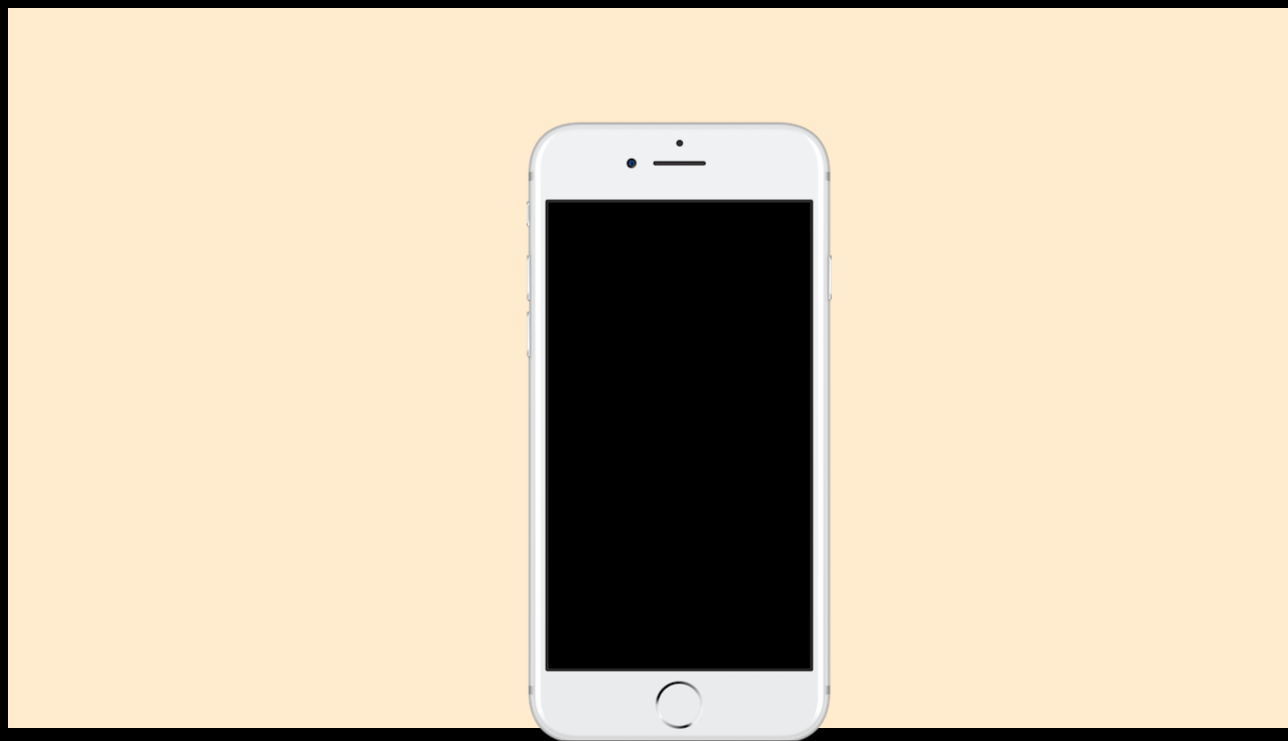
Repository: DorivalJunior14/Projeto-social
Page: index.html
The author's editor kept a copy of each file at every save. The page is drawn from the files as they stood at one save, then again after a run of saves.
The browser window is 1280 px wide. The page is 1288 px wide, so the pictures cover 1288 px, including what lies to the right of the window. The pictures show the whole page.

Above is the page before, as saved 2022-06-24 14:15:40.

### index.html
<!DOCTYPE html>
<html lang="pt-br">
<head>
    <meta charset="UTF-8">
    <meta http-equiv="X-UA-Compatible" content="IE=edge">
    <meta name="viewport" content="width=device-width, initial-scale=1.0">
    <link rel="shortcut icon" href="favicon.ico" type="image/x-icon">
    <link rel="stylesheet" href="estilos/style.css">
    <title>Projeto redes sociais</title>

</head>
<body>
  <main>
    <section id="telefone">
    </section>
    <section id="redes-sociais">
    </section>
  </main>
</body>
</html>

### estilos/style.css
@charset "UTF-8"

*{
    margin: 0px;
    padding: 0px;
    font-family: Arial, Helvetica, sans-serif;
}

html, body {
    height: 100vh;
    width: 100vw;
    background-color: black;

}

main {
    position: relative;
    height: 100vh;
    background-color: blanchedalmond;
}

section#telefone {
    position: absolute;
    top: 50%;
    left: 50%;
    transform: translate(-50%,-50%);
    height: 621px;
    width: 311px;
    background-color: blue;
    background: url('../imagens/frame-iphone.png');
    transform: translate(-40%,-40%);
    -webkit-transform: translate(-40%,-40%);
    -moz-transform: translate(-40%,-40%);
    -ms-transform: translate(-40%,-40%);
    -o-transform: translate(-40%,-40%);
}

After the next 2 saves:
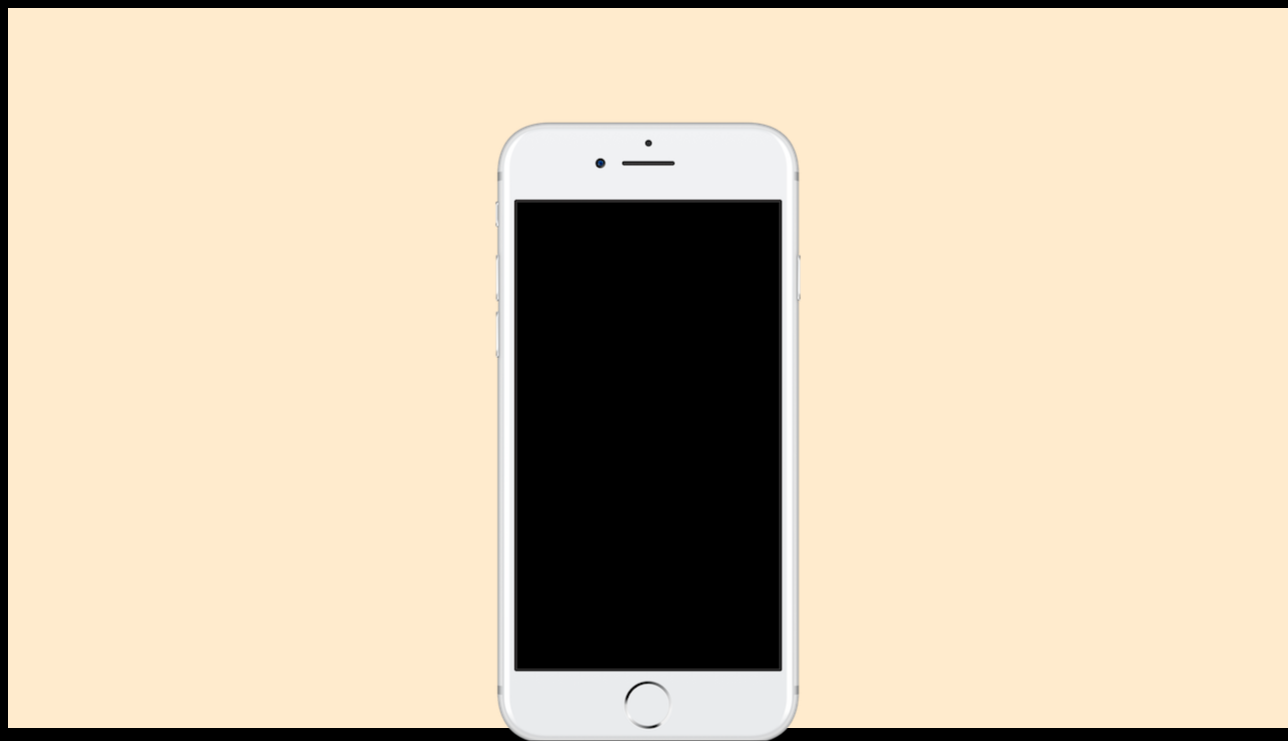
The 2 saves are shown as one change because they came seconds apart.
The last was saved 18 s later.
--- a/estilos/style.css
+++ b/estilos/style.css
@@ -28,9 +28,9 @@ section#telefone {
     width: 311px;
     background-color: blue;
     background: url('../imagens/frame-iphone.png');
-    transform: translate(-40%,-40%);
-    -webkit-transform: translate(-40%,-40%);
-    -moz-transform: translate(-40%,-40%);
-    -ms-transform: translate(-40%,-40%);
-    -o-transform: translate(-40%,-40%);
+    transform: translate(-50%,-40%);
+    -webkit-transform: translate(-50%,-40%);
+    -moz-transform: translate(-50%,-40%);
+    -ms-transform: translate(-50%,-40%);
+    -o-transform: translate(-50%,-40%);
 }
